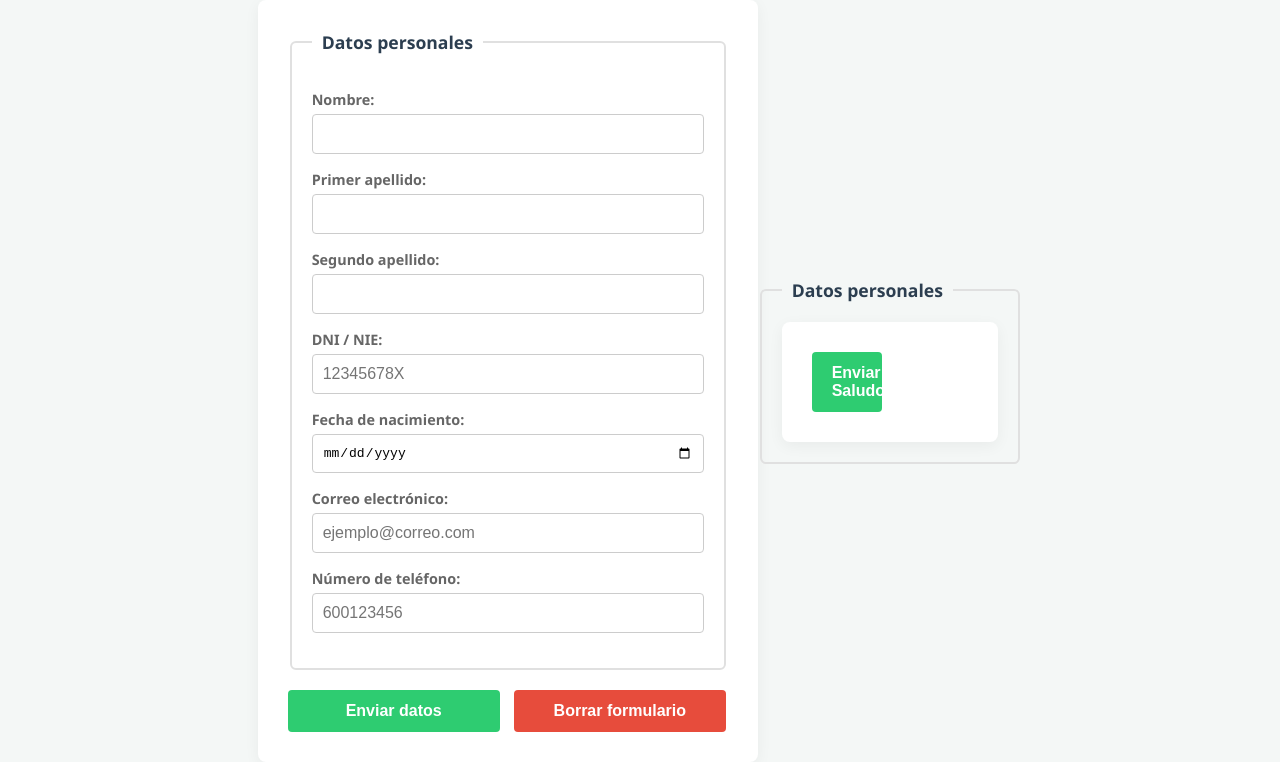
Repository: Daniel-gc271/Acceso-a-datos
Page: webapp-example/src/main/webapp/Ej5-post.html
These files come from the project's save history. The page is drawn as it stood at one moment and after the next save; the edit follows.
The browser window is 1280 px wide. The pictures show the whole page.

Above is the page before, as saved 2026-10-05 10:30:21.

### webapp-example/src/main/webapp/Ej5-post.html
<!DOCTYPE html>
<html>
<head>
<meta charset="UTF-8">
<title>Insert title here</title>
<link rel="stylesheet" href="estilos.css">
</head>
<body>
	<form action="Ej5Post_ejemplo" method="post">
		<fieldset>
			<legend>Datos personales</legend>

			<!-- Nombre -->
			<p>
				<label for="nombre">Nombre:</label> <input type="text" name="nombre"
					id="nombre" required>
			</p>

			<!-- Apellidos -->
			<p>
				<label for="apellido1">Primer apellido:</label> <input type="text"
					name="apellido1" id="apellido1" required>
			</p>
			<p>
				<label for="apellido2">Segundo apellido:</label> <input type="text"
					name="apellido2" id="apellido2">
			</p>

			<!-- DNI / NIE -->
			<p>
				<label for="dni">DNI / NIE:</label> <input type="text" name="dni"
					id="dni" placeholder="12345678X">
			</p>

			<!-- Fecha de nacimiento -->
			<p>
				<label for="nacimiento">Fecha de nacimiento:</label> <input
					type="date" name="nacimiento" id="nacimiento">
			</p>

			<!-- Correo electrónico -->
			<p>
				<label for="email">Correo electrónico:</label> <input type="email"
					name="email" id="email" placeholder="ejemplo@correo.com">
			</p>

			<!-- Número de teléfono -->
			<p>
				<label for="telefono">Número de teléfono:</label> <input type="tel"
					name="telefono" id="telefono" placeholder="600123456">
			</p>

		</fieldset>

		<!-- Botones de acción -->
		<button type="submit">Enviar datos</button>
		<button type="reset">Borrar formulario</button>
	</form>

<fieldset>
			<legend>Datos personales</legend>
	<form action="Ej5Post_ejemplo" method="get" class="form-get-saludo">
		<!-- Variable oculta: name es el nombre de la variable, value es su valor -->
		<input type="hidden" name="saludo" value="hola">

		<button type="submit" class="btn-saludo">Enviar Saludo</button>
	</form>
</fieldset>


</body>
</html>

### webapp-example/src/main/webapp/estilos.css
/* Estilos generales */
body {
    font-family: 'Segoe UI', Tahoma, Geneva, Verdana, sans-serif;
    background-color: #f4f7f6;
    color: #333;
    display: flex;
    justify-content: center;
    align-items: center;
    min-height: 100vh;
    margin: 0;
}

/* Contenedor del formulario */
form {
    background-color: #ffffff;
    padding: 30px;
    border-radius: 8px;
    box-shadow: 0 4px 15px rgba(0, 0, 0, 0.05);
    max-width: 500px;
    width: 100%;
    box-sizing: border-box;
}

/* Agrupación por secciones */
fieldset {
    border: 2px solid #e0e0e0;
    border-radius: 6px;
    padding: 20px;
    margin-bottom: 20px;
}

legend {
    font-weight: bold;
    color: #2c3e50;
    padding: 0 10px;
    font-size: 1.1em;
}

/* Filas del formulario */
p {
    margin-bottom: 15px;
    display: flex;
    flex-direction: column;
}

/* Etiquetas */
label {
    margin-bottom: 5px;
    font-size: 0.9em;
    color: #666;
    font-weight: 600;
}

/* Campos de entrada (inputs) */
input[type="text"],
input[type="date"],
input[type="email"],
input[type="tel"] {
    padding: 10px;
    border: 1px solid #ccc;
    border-radius: 4px;
    font-size: 1em;
    outline: none;
    transition: border-color 0.3s ease;
}

input:focus {
    border-color: #3498db;
    box-shadow: 0 0 5px rgba(52, 152, 219, 0.3);
}

/* Botones */
button {
    padding: 12px 20px;
    border: none;
    border-radius: 4px;
    font-size: 1em;
    font-weight: bold;
    cursor: pointer;
    transition: background-color 0.3s ease;
    margin-right: 10px;
    width: calc(50% - 8px);
    display: inline-block;
}

button[type="submit"] {
    background-color: #2ecc71;
    color: white;
}

button[type="submit"]:hover {
    background-color: #27ae60;
}

button[type="reset"] {
    background-color: #e74c3c;
    color: white;
    margin-right: 0;
}

button[type="reset"]:hover {
    background-color: #c0392b;
}

/* Responsive para los botones */
@media (max-width: 480px) {
    button {
        width: 100%;
        margin-bottom: 10px;
        margin-right: 0;
    }
    button[type="reset"] {
        margin-bottom: 0;
    }
}

After the next save:
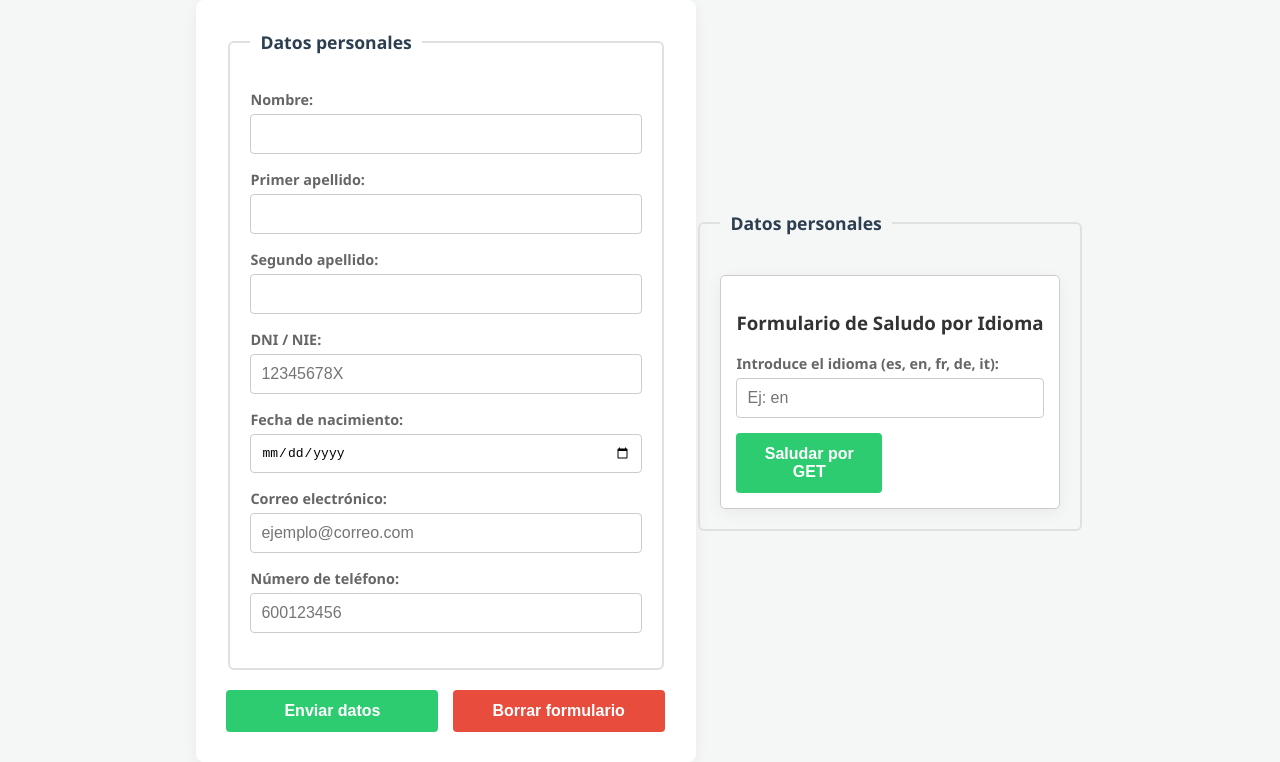
Saved 54 s later.
--- a/webapp-example/src/main/webapp/Ej5-post.html
+++ b/webapp-example/src/main/webapp/Ej5-post.html
@@ -59,12 +59,19 @@
 
 <fieldset>
 			<legend>Datos personales</legend>
-	<form action="Ej5Post_ejemplo" method="get" class="form-get-saludo">
-		<!-- Variable oculta: name es el nombre de la variable, value es su valor -->
-		<input type="hidden" name="saludo" value="hola">
+	<form action="Ej5Post_ejemplo" method="get" style="margin-top: 20px; padding: 15px; border: 1px solid #ccc; border-radius: 5px;">
+	<h3>Formulario de Saludo por Idioma</h3>
 
-		<button type="submit" class="btn-saludo">Enviar Saludo</button>
-	</form>
+	<!-- Enviamos la variable saludo de forma fija -->
+	<input type="hidden" name="saludo" value="Hola">
+
+	<p>
+		<label for="idioma">Introduce el idioma (es, en, fr, de, it):</label>
+		<input type="text" name="idioma" id="idioma" placeholder="Ej: en" required>
+	</p>
+
+	<button type="submit">Saludar por GET</button>
+</form>
 </fieldset>
 
 
